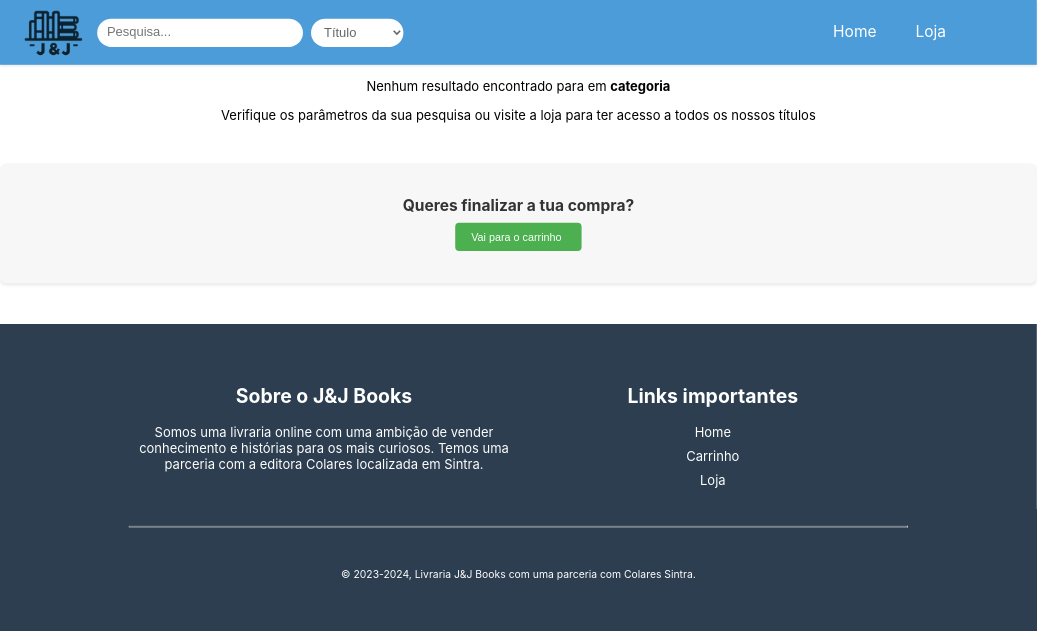
Repository: JoaoVitorFigueiredo/colareseditora
Page: /search
An editor plug-in stored every save of this project. The page is shown before and after a run of saves, followed by the edit.
The browser window is 1280 px wide. The page is 1280 px wide, then 1309 px, so the pictures cover 1309 px, including what lies to the right of the window. The pictures show the whole page, at 81% of full size.
Some icons come from a web library that is not loaded, so they are not drawn. The page's requests for data from a server got no answer. The project was rebuilt for these pictures with package versions that can differ from the ones it lists, and the page was loaded fresh each time. No one was signed in, and anything a server would have sent is missing. Also part of the build but not shown: src/Components/book-thumbnail.css, src/Utils/CartUtils.js, src/Components/book-thumbnail.js, src/Components/filter/filter.css, src/Components/filter/filter.js, src/Components/pageNav/pageNav.css, src/Components/pageNav/pageNav.js, src/Pages/shop/shop.css and 9 more.

Above is the page before, as saved 2024-04-18 21:14:43.

### public/index.html
<!DOCTYPE html>
<html lang="en">
  <head>
    <meta charset="utf-8" />
    <link rel="icon" href="%PUBLIC_URL%/favicon.ico" />
    <meta name="viewport" content="width=device-width, initial-scale=1" />
    <meta name="theme-color" content="#000000" />
    <meta
      name="description"
      content="Bookshop by J&J Books"
    />
    <link rel="apple-touch-icon" href="%PUBLIC_URL%/logo192.png" />
    <!--
      manifest.json provides metadata used when your web app is installed on a
      user's mobile device or desktop. See https://developers.google.com/web/fundamentals/web-app-manifest/
    -->
    <link rel="manifest" href="%PUBLIC_URL%/manifest.json" />
    <!--
      Notice the use of %PUBLIC_URL% in the tags above.
      It will be replaced with the URL of the `public` folder during the build.
      Only files inside the `public` folder can be referenced from the HTML.

      Unlike "/favicon.ico" or "favicon.ico", "%PUBLIC_URL%/favicon.ico" will
      work correctly both with client-side routing and a non-root public URL.
      Learn how to configure a non-root public URL by running `npm run build`.
    -->
    <title>J&J</title>
    <link href="https://cdn.jsdelivr.net/gh/eliyantosarage/font-awesome-pro@main/fontawesome-pro-6.5.1-web/css/all.min.css" rel="stylesheet">
  </head>
  <body>
    <noscript>You need to enable JavaScript to run this app.</noscript>
    <div id="root"></div>
    <!--
      This HTML file is a template.
      If you open it directly in the browser, you will see an empty page.

      You can add webfonts, meta tags, or analytics to this file.
      The build step will place the bundled scripts into the <body> tag.

      To begin the development, run `npm start` or `yarn start`.
      To create a production bundle, use `npm run build` or `yarn build`.
    -->
  </body>
</html>

### src/index.css
body {
  margin: 0;
  min-height: 100%;
  font-family: -apple-system, BlinkMacSystemFont, 'Segoe UI', 'Roboto', 'Oxygen',
    'Ubuntu', 'Cantarell', 'Fira Sans', 'Droid Sans', 'Helvetica Neue',
    sans-serif;
  -webkit-font-smoothing: antialiased;
  -moz-osx-font-smoothing: grayscale;
}

code {
  font-family: source-code-pro, Menlo, Monaco, Consolas, 'Courier New',
    monospace;
}

### src/App.js
import './App.css';
import {BrowserRouter as Router, Routes, Route} from "react-router-dom";
import {createContext, useState} from "react";

import Navbar from "./Components/navbar/navbar.js"
import Footer from "./Components/footer/footer.js"

import {Shop} from "./Pages/shop/shop"
import {Cart} from "./Pages/cart/cart"
import {BestSellers} from "./Pages/best-sellers/best-sellers";
import {Sales} from "./Pages/sales/books"
import {BookPage} from "./Pages/book-page/book-page";
import {Search} from "./Pages/search/search.js";

import {NotFoundPage} from './Pages/404/notfound';


export const CartContext = createContext({books:[],total:0,volume:0})

function App() {
  const [cart, setCart] = useState({books:[],total:0,volume:0})

  return (
    <div className="App">
      <CartContext.Provider value={{cart,setCart}}>
    <Router>
      <Navbar/>
      <Routes>
        <Route path="/" element={<BestSellers/>}></Route>
        <Route path="/shop" element={<Shop/>}></Route>
        <Route path="/sales" element={<Sales/>}></Route>
        <Route path="/cart" element={<Cart/>}></Route>
        <Route path="/book/:id" element={<BookPage/>}></Route>
        <Route path="/search" element={<Search/>}></Route>
        <Route path="*" element={<NotFoundPage />} />
      </Routes>
      <Footer/>
    </Router>
        </CartContext.Provider>
    </div>

  );
}

export default App;

### src/Components/navbar/navbar.js
import React, { useState, useContext } from "react";
import { NavLink, useNavigate } from "react-router-dom";
import "./navbar.css";
import booklogo from '../../assets/logo-jj.png';
import {CartContext} from "../../App";


function NavBar() {
    const navigator = useNavigate()

    const [isMenuOpen, setIsMenuOpen] = useState(false);
    const toggleMenu = () => setIsMenuOpen(prevState => !prevState);

    const [searchString, setSearchString] = useState('');

    const [searchOption, setSearchOption] = useState('title')

    const {cart} = useContext(CartContext)



    function updateSearchString(e) {
        setSearchString(e.target.value);
    }

    function updateSearchOption(e){
        setSearchOption(e.target.value)
    }

    function handleEnter(e){
        if (e.key === "Enter") {
            navigator(`/search?searchOption=${searchOption}&searchString=${searchString}&page=1`)
        }
    }

    return (
        <nav className="navbar">
            <div className="nav-container">
                <NavLink exact to="/" className="nav-logo">
                    <img src={booklogo} alt="J&J Books Logo" className="logo-image"/>
                </NavLink>

                <div className="nav-search-container">
                    <input
                        type="text"
                        placeholder="Pesquisa..."
                        className="nav-search-input"
                        value={searchString}
                        onChange={updateSearchString}
                        onKeyDown={handleEnter}
                    />
                    <select id="dropdown" value={searchOption} onChange={updateSearchOption}>
                        <option value="title">Título</option>
                        <option value="authors">Autor</option>
                        <option value="categories">Categoria</option>
                    </select>
                </div>

                <div className="nav-toggle" onClick={toggleMenu}>
                    <div className={isMenuOpen ? "nav-icon open" : "nav-icon"}><i class="fa-solid fa-sliders"></i></div>
                </div>

                <ul className={isMenuOpen ? "nav-menu active" : "nav-menu"}>
                    <li className="nav-item" onClick={toggleMenu}>
                        <NavLink exact to="/" activeClassName="active" className="nav-links">
                            Home
                        </NavLink>
                    </li>
                    <li className="nav-item" onClick={toggleMenu}>
                        <NavLink exact to="/shop?selectedOption=-score&filterOption=authors&filterString=&page=1"
                              activeClassName="active" className="nav-links">
                            Loja
                        </NavLink>
                    </li>
                    <li className="nav-item" onClick={toggleMenu}>
                        <NavLink exact to="/cart" activeClassName="active" className="nav-links">
                            <i className="fas fa-shopping-cart"></i>
                            {cart.volume > 0 && (
                                <span className="cart-item-count">{cart.volume}</span>
                            )}
                        </NavLink>
                    </li>
                </ul>
            </div>
        </nav>
    );
}

export default NavBar;

### src/Components/footer/footer.js
import React from "react";
import { NavLink, useLocation } from "react-router-dom";
import "./footer.css";

function Footer() {
    const location = useLocation()
    function CallForAction() {

        if (location.pathname !== "/cart"){
            return (
                <div className="cart-call-for-action">
                    <h3>Queres finalizar a tua compra?</h3>
                    <NavLink to="/cart">
                        <button>Vai para o carrinho <i className="fas fa-shopping-cart"/></button>
                    </NavLink>
                </div>
            );
        }
    }

    return (
        <div>
            <CallForAction/>
            <footer className="footer">

                <div className="footer-container">
                    <div className="footer-section">
                        <h3 className="footer-heading">Sobre o J&J Books</h3>
                    <p className="footer-text">Somos uma livraria online com uma ambição de vender conhecimento e
                        histórias para os mais curiosos. Temos uma parceria com a editora Colares localizada em
                        Sintra.</p>
                </div>
                <div className="footer-section">
                    <h3 className="footer-heading">Links importantes</h3>
                    <ul className="footer-list">
                        <li className="footer-list-item"><NavLink to="/" className="footer-link">Home</NavLink>
                        </li>
                        <li className="footer-list-item"><NavLink to="/cart" className="footer-link">Carrinho</NavLink></li>
                        <li className="footer-list-item"><NavLink to="/shop" className="footer-link">Loja</NavLink></li>
                    </ul>
                </div>
            </div>
            <hr className="footer-divider"/>
            <div className="copyright">
                <p>&copy; 2023-{new Date().getFullYear()}, Livraria J&J Books com uma parceria com Colares Sintra.</p>
            </div>
        </footer>
        </div>
        );
        }

        export default Footer;

### src/Pages/search/search.js
import React, {useEffect, useState} from "react";
import {useLocation} from "react-router-dom";
import {BookThumbnail} from "../../Components/book-thumbnail";
import {PageNav} from "../../Components/pageNav/pageNav";

export function Search(){
    const  location  = useLocation()
    const { search } = location
    let page = new URLSearchParams(location.search).get("page")
    let searchString = new URLSearchParams(location.search).get("searchString")
    let searchOption = new URLSearchParams(location.search).get("searchOption")
    const [books, setBook] = useState([])
    const [pageNumber,setPageNumber] = useState()


    useEffect(() => {
        fetchBooks();
    },[page, searchString, searchOption])

    useEffect(()=>{
        window.scrollTo(0,0)
    }, [page])

    const fetchBooks = async () => {
        try {
            const responseTotal = await fetch(`http://localhost:3030/books?title_like=${searchString}`,{method:"GET"})
            const allBooks = await responseTotal.json();
            const totalBooks = allBooks.length
            setPageNumber(Math.ceil(totalBooks / 10))


            const response = await fetch(`http://localhost:3030/books?${searchOption}_like=${searchString}&_per_page=10&_page=${page}`,{method:"GET"})
            const bookData = await response.json();
            setBook(bookData)
        }
        catch (error){
            console.error(`Error fetching data: ${error}`) // Era engraçado fazer isso daqui enviar pra uma página de erro.
        }
    }
    if (books.length > 0) {
        return (
            <div>
                <h1 className="search-results">A exibir resultados para "{searchString}" em {searchOption === "authors" ? "autor" : searchOption === "title" ? "título" : "categoria"}</h1>
                {books.map(book => <BookThumbnail book={book}/>)}
                <PageNav currentPage={page} currentPath={location.pathname} currentParams={search}
                         pageNumber={pageNumber}/>
            </div>
        )
    }else{
        return(
            <div>
                <p>Nenhum resultado encontrado para <strong>{searchString}</strong> em <strong>{searchOption === "authors" ? "autor" : searchOption === "title" ? "título" : "categoria"}</strong></p>
                <p>Verifique os parâmetros da sua pesquisa ou visite a loja para ter acesso a todos os nossos títulos</p>
            </div>
        )
    }
}

### src/Components/navbar/navbar.css
.navbar {
    background-color: #4c9cd9;
    height: 80px;
    display: flex;
    justify-content: center;
    align-items: center;
    font-size: 1.2rem;
    position: sticky;
    top: 0;
    z-index: 20;
    box-shadow: 0 2px 4px rgba(0, 0, 0, 0.1); /* Sombra inicial */
    transition: box-shadow 0.3s ease; /* Transição suave para a sombra */
  }

  .nav-container {
    display: flex;
    justify-content: space-between; /* Adiciona espaço entre os elementos */
    align-items: center;
    width: 100%;
    height: 80px;
    max-width: 1500px;
    position: relative;
}

.nav-menu {
    display: flex;
    list-style: none;
    text-align: center;
    margin-right: 2rem;
    margin-left: auto; /* Move os itens para o canto direito */
}


  .nav-logo {
    display: flex;
    align-items: center;
}

.nav-logo img {
    margin-left: 10px;
    cursor: pointer;
    width: 110px; /* Defina o tamanho desejado para a imagem */
    height: auto;
}


  .logo-image {
  width: 110px;
  height: auto;
}

  .nav-links {
    color: #fff;
    text-decoration: none;
    padding: 0.5rem 1rem;
    height: 100%;
    border-bottom: 3px solid transparent;
  }

  .nav-links:hover {
    color: #47636d;
  }

  .nav-links:active {
    color: #47636d;
  }

  .nav-item {
    line-height: 40px;
    margin-right: 1rem;
  }

  .nav-item:after {
    content: "";
    display: block;
    height: 3px;
    width: 0;
    background: transparent;
    transition: width 0.7s ease, background-color 0.5s ease;
  }

  /* Nav ativo atual */
  .nav-item .active {
    color: #000000;
  }

  .nav-icon {
    display: none;
    color: #6099ca;
  }

  .nav-icon .icon {
    display: inline-block;
    width: 2rem;
    height: 2rem;
  }

  @media screen and (max-width: 960px) {

    .nav-search-container {
        flex-grow: 1; /* Faz o container de pesquisa ocupar todo o espaço disponível */
    }

    .nav-menu {
      display: flex;
      flex-direction: column;
      width: 100%;
      border-top: 1pxsolid #fff;
      position: absolute;
      top: 80px;
      left: -110%;
      opacity: 1;
      transition: all 0.5s ease;
    }

    .nav-menu.active {
      background: #6699c6;
      left: 0px;
      opacity: 1;
      transition: all 0.5s ease;
      z-index: 1;
    }
    .nav-item .active {
      color: #4080ff;
      border: none;
    }
    .nav-links {
      padding: 1.5rem;
      width: 100%;
      display: table;
    }

    .nav-logo .icon {
      width: 2rem;
      height: 2rem;
    }

    .nav-icon {
      display: block;
      position: absolute;
      top: 50%;
      right: 0;
      transform: translate(-100%, -50%);
      width: 2rem;
      height: 2rem;
      cursor: pointer;
      color: #ffffff;
    }
  }

.nav-search-container {
    position: relative;
    display: flex; /* Adiciona flexbox para alinhar itens */
}

.nav-search-input {
  border: none;
  border-radius: 20px;
  padding: 8px 35px 8px 12px;
  font-size: 1rem;
  margin-right: 10px; /* Adiciona margem entre o input e o dropdown */
  flex-grow: 1; /* Faz o input ocupar o espaço restante */
}

#dropdown {
  border: none;
  border-radius: 20px;
  padding: 8px 12px;
  font-size: 1rem;
  background-color: #fff;
  color: #666;
  cursor: pointer;
}

.cart-item-count {
  content:attr(value);
  font-size:12px;
  color: #fff;
  background: red;
  border-radius:50%;
  padding: 0 5px;
  position:relative;
  left:-8px;
  top:-10px;
  opacity:0.9;
}

@media screen and (max-width: 960px) {

  .nav-search-container {
    display: none;
  }

  #dropdown {
    display: none;
  }
}

### src/Components/footer/footer.css
.footer {
    background-color: #2c3e50; /* Darker blue background color */
    color: #fff; /* White text color */
    padding: 50px 0;
    margin-top: 50px;
    text-align: center;
}

.footer-container {
    display: flex;
    justify-content: space-between;
    max-width: 960px;
    margin: 0 auto;
}

.footer-section {
    flex: 1;
    margin-bottom: 30px;
}

.footer-heading {
    color: #fff;
    font-size: 1.5rem;
    margin-bottom: 20px;
}

.footer-text {
    font-size: 1rem;
}

.footer-list {
    list-style-type: none;
    padding: 0;
}

.footer-list-item {
    margin-bottom: 10px;
}

.footer-link {
    color: #fff;
    text-decoration: none;
    font-size: 1rem;
    transition: color 0.3s ease;
}

.footer-link:hover {
    color: #f39c12; /* Yellow color on hover */
}

/* Copyright */
.copyright {
    margin-top: 50px;
    font-size: 0.8rem;
}

.footer-divider {
    width: 75%;
    border-top: 1px solid #6f6e6e; /* Cor e estilo da linha */
    margin: 0 auto; /* Espaçamento acima e abaixo da linha */
}

/* Media query for smaller screens */
@media only screen and (max-width: 768px) {
    .footer-container {
        flex-direction: column;
        align-items: center;
    }
    .footer-section {
        width: 100%;
    }
}

.cart-call-for-action {
    background-color: #f7f7f7;
    padding: 20px;
    border-radius: 8px;
    box-shadow: 0 2px 4px rgba(0, 0, 0, 0.1);
    margin-bottom: 20px;
    margin-top: 50px;
}

.cart-call-for-action h3 {
    margin-bottom: 10px;
    font-size: 1.2rem;
    color: #333;
}

.cart-call-for-action button {
    background-color: #4CAF50;
    color: white;
    padding: 10px 20px;
    border: none;
    border-radius: 5px;
    cursor: pointer;
    transition: background-color 0.3s ease;
    margin-bottom: 20px;
}

.cart-call-for-action button:hover {
    background-color: #45a049;
}

.cart-call-for-action button i {
    margin-left: 5px;
}

### src/Pages/404/notfound.css
.container {
    max-width: 600px;
    margin: 0 auto;
    text-align: center;
    padding: 80px 20px;
  }

  .title {
    font-size: 36px;
    color: #333;
  }

  .message {
    font-size: 18px;
    color: #666;
    margin-top: 20px;
  }

  a {
    color: #007bff;
    text-decoration: none;
  }

  a:hover {
    text-decoration: underline;
  }

### src/Pages/search/search.css
/* Estilo para o contêiner principal */
div {
    font-family: Arial, sans-serif;
    background-color: #f4f4f4;
    border-radius: 8px;
    padding: 20px;
    box-shadow: 0px 2px 4px rgba(0, 0, 0, 0.1);
    max-width: 400px;
    margin: 0 auto;
    text-align: center;
}

/* Estilo para o texto do parágrafo */
p {
    margin-bottom: 10px;
}

/* Estilo para o texto forte (strong) */
strong {
    color: #ff5f6d;
}

/* Estilo para a segunda linha de texto */
p:nth-child(2) {
    color: #666;
}

/* Estilo para links */
a {
    color: #007bff;
    text-decoration: none;
}

a:hover {
    text-decoration: underline;
}

Loaded but not shown: src/index.js (common file); src/reportWebVitals.js (common file); src/App.css (common file)

After the next 2 saves:
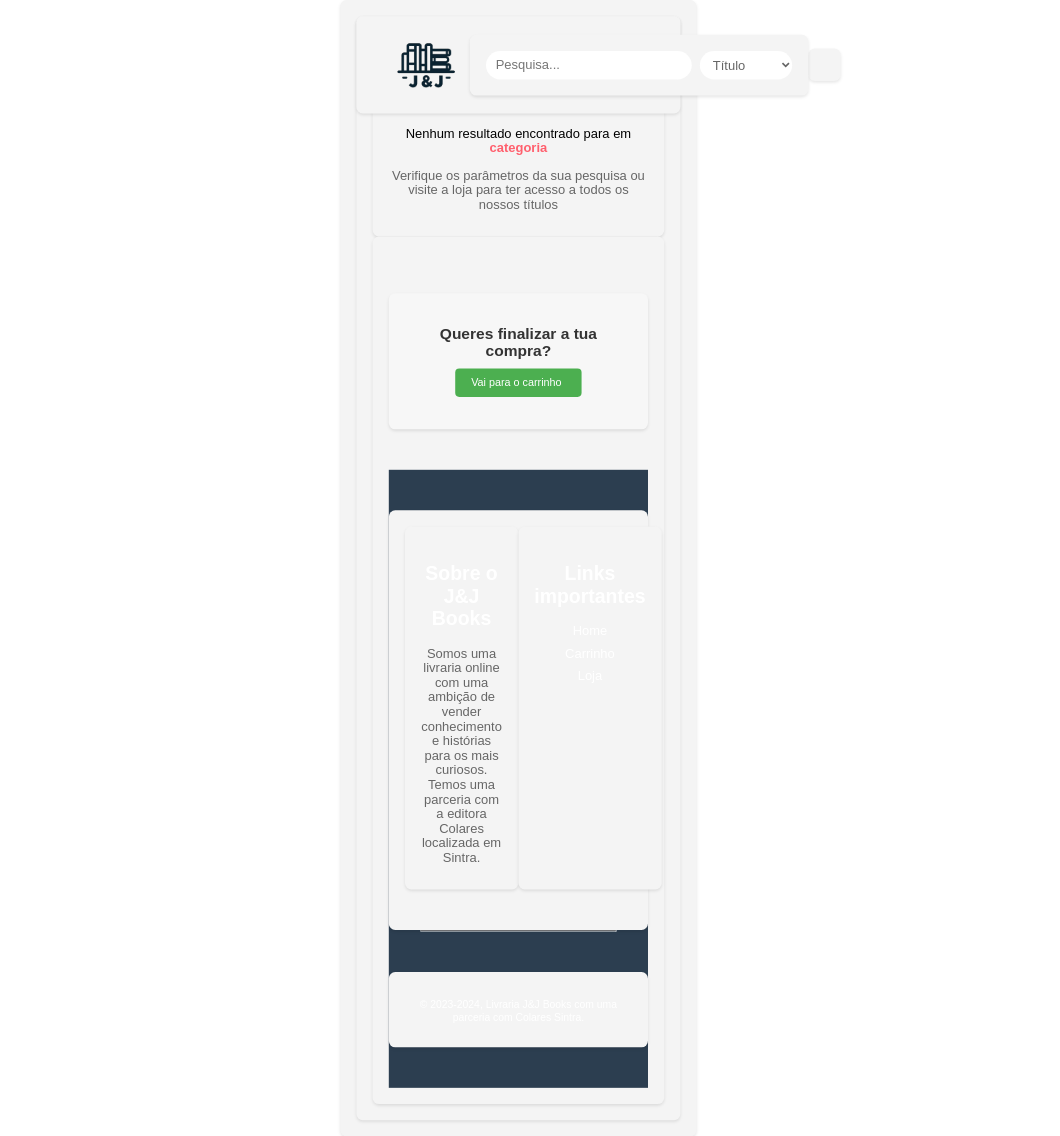
The 2 saves are shown as one change because they came seconds apart.
The last was saved 19 s later.
--- a/src/Pages/search/search.js
+++ b/src/Pages/search/search.js
@@ -2,6 +2,7 @@ import React, {useEffect, useState} from "react";
 import {useLocation} from "react-router-dom";
 import {BookThumbnail} from "../../Components/book-thumbnail";
 import {PageNav} from "../../Components/pageNav/pageNav";
+import "./search.css";
 
 export function Search(){
     const  location  = useLocation()
